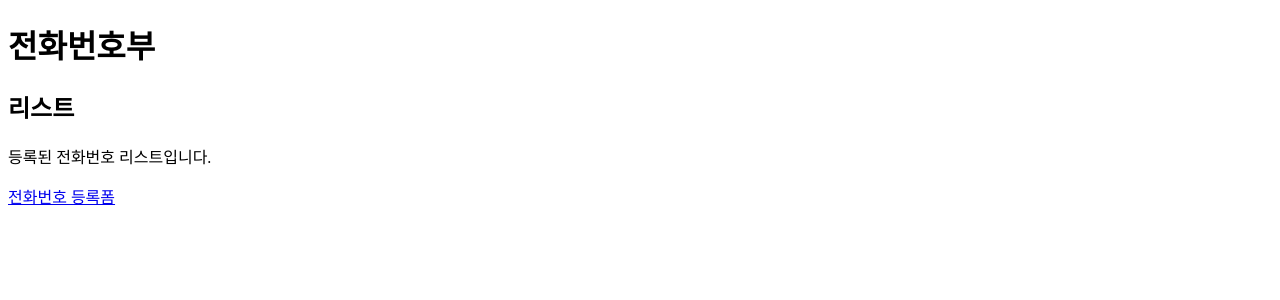
Repository: Kwonharu/workspace-web
Page: http://localhost/phonebook2/list.jsp
An editor plug-in stored every save of this project. The page is shown before and after the next save, followed by the edit.
The browser window is 1280 px wide. The pictures show the whole page.
The page is served by Tomcat 9. Other server files are loaded and not shown. Queries for data that is not in the repository find no rows.

Above is the page before, as saved 2023-09-05 02:51:08.

### phonebook2/WebContent/list.jsp
<%@ page language="java" contentType="text/html; charset=UTF-8"
    pageEncoding="UTF-8"%>
<%@ page import="com.javaex.dao.PersonDao" %>
<%@ page import="java.util.List" %>
<%@ page import="com.javaex.vo.PersonVo" %>

<%
	PersonDao personDao = new PersonDao();
	List<PersonVo> personList = personDao.personSelect("");

	System.out.println(personList);

%>

<!DOCTYPE html>
<html>
<head>
<meta charset="UTF-8">
<title>Insert title here</title>
</head>
<body>

	<h1>전화번호부</h1>
	<h2>리스트</h2>

	<p>등록된 전화번호 리스트입니다.</p>

	<!-- 반복문 시작 -->
	<%for(int i =0; i<personList.size();i++){%>
	<table border="1">
		<tr>
			<td>이름(name)</td><td><%=personList.get(i).getName()%></td>
		</tr>
		<tr>
			<td>핸드폰(hp)</td><td><%=personList.get(i).getHp()%></td>
		</tr>
		<tr>
			<td>회사(company)</td><td><%=personList.get(i).getCompany()%></td>
		</tr>
	</table>
	<br>
	<%} %>
	<!-- 반복문 끝 -->

	<a href="./writeForm.jsp">전화번호 등록폼</a>

</body>
</html>

### phonebook2/src/main/java/com/javaex/dao/PersonDao.java
package com.javaex.dao;

import java.sql.Connection;
import java.sql.DriverManager;
import java.sql.PreparedStatement;
import java.sql.ResultSet;
import java.sql.SQLException;
import java.util.ArrayList;
import java.util.List;

import com.javaex.vo.PersonVo;

public class PersonDao {

	// 필드
	// 0. import java.sql.*;
	private Connection conn = null;
	private PreparedStatement pstmt = null;
	private ResultSet rs = null;

	private String driver = "oracle.jdbc.driver.OracleDriver";
	private String url = "jdbc:oracle:thin:@localhost:1521:xe";
	private String id = "webdb";
	private String pw = "webdb";

	// 생성자
	public PersonDao() {
	}

	// 메소드 gs

	// 메소드 일반
	private void getConnect() {

		try {
			// 1. JDBC 드라이버 (Oracle) 로딩
			Class.forName(driver);

			// 2. Connection 얻어오기
			conn = DriverManager.getConnection(url, id, pw);

		} catch (ClassNotFoundException e) {
			System.out.println("error: 드라이버 로딩 실패 - " + e);
		} catch (SQLException e) {
			System.out.println("error:" + e);
		}

	}

	private void close() {
		// 5. 자원정리
		try {
			if (rs != null) {
				rs.close();
			}
			if (pstmt != null) {
				pstmt.close();
			}
			if (conn != null) {
				conn.close();
			}
		} catch (SQLException e) {
			System.out.println("error:" + e);
		}
	}

	// 사람등록
	public int personInsert(PersonVo personVo) { //Vo로 받았음
		int count = -1;

		this.getConnect();

		try {
			// 3. SQL문 준비 / 바인딩 / 실행
			// SQL문 준비
			String query = "";
			query += " insert into person ";
			query += " values(seq_person_id.nextval, ?, ?, ?) ";

			pstmt = conn.prepareStatement(query);

			// 바인딩 vo에서 값을 setter로 꺼낸다
			pstmt.setString(1, personVo.getName());
			pstmt.setString(2, personVo.getHp());
			pstmt.setString(3, personVo.getCompany());

			// 실행
			count = pstmt.executeUpdate();

			// 4.결과처리
			// System.out.println(count + "건 등록되었습니다.");

		} catch (SQLException e) {
			System.out.println("error:" + e);
		}

		this.close();

		return count;
	}

	// 사람삭제
	public int personDelete(int personId) {

		int count = -1;

		this.getConnect();

		try {
			// 3. SQL문 준비 / 바인딩 / 실행
			// SQL문 준비
			String query = "";
			query += " delete from person ";
			query += " where person_id = ? ";

			pstmt = conn.prepareStatement(query);

			// 바인딩
			pstmt.setInt(1, personId);

			// 실행
			count = pstmt.executeUpdate();

			// 4.결과처리
			// System.out.println(count + "건 등록되었습니다.");

		} catch (SQLException e) {
			System.out.println("error:" + e);
		}

		this.close();

		return count;

	}



	//수정
	public int personUpdate(PersonVo personVo) {

		int count = -1;

		this.getConnect();

		try {
			// 3. SQL문 준비 / 바인딩 / 실행
			// SQL문 준비
			String query = "";
			query += " update person ";
			query += " set name = ?, ";
			query += " 	   hp = ?, ";
			query += "     company = ? ";
			query += " where person_id = ? ";

			pstmt = conn.prepareStatement(query);

			// 바인딩
			pstmt.setString(1, personVo.getName());
			pstmt.setString(2, personVo.getHp());
			pstmt.setString(3, personVo.getCompany());
			pstmt.setInt(4,personVo.getPerson_id());

			// 실행
			count = pstmt.executeUpdate();

			// 4.결과처리
			// System.out.println(count + "건 등록되었습니다.");

		} catch (SQLException e) {
			System.out.println("error:" + e);
		}

		this.close();

		return count;

	}


	// 사람리스트  personSelect(String keyword) 로 통합
	/*
	public List<PersonVo> personSelect() {

		List<PersonVo> personList = new ArrayList<PersonVo>();

		this.getConnect();

		try {
			// 3. SQL문 준비 / 바인딩 / 실행
			// SQL문 준비
			String query = "";
			query += " select  person_id, ";
			query += "         name, ";
			query += "         hp, ";
			query += "         company ";
			query += " from person ";

			pstmt = conn.prepareStatement(query);

			// 바인딩

			// 실행
			rs = pstmt.executeQuery();

			// 4.결과처리
			while (rs.next()) {

				int personId = rs.getInt(1);
				String name = rs.getString(2);
				String hp = rs.getString(3);
				String company = rs.getString(4);

				PersonVo personVo = new PersonVo(personId, name, hp, company);

				personList.add(personVo);

			}

		} catch (SQLException e) {
			System.out.println("error:" + e);
		}

		this.close();

		return personList;

	}
	*/

	// 검색
	public List<PersonVo> personSelect(String keyword) {

		List<PersonVo> personList = new ArrayList<PersonVo>();

		this.getConnect();

		try {
			// 3. SQL문 준비 / 바인딩 / 실행
			// SQL문 준비
			String query = "";
			query += " select  person_id, ";
			query += "         name, ";
			query += "         hp, ";
			query += "         company ";
			query += " from person ";
			/**********************************************************************/
			if(!keyword.equals("")) { //keyword가 ""가 아니면 ==> keyword가 있으면 검색
				query += " where name like ? ";
			}

			pstmt = conn.prepareStatement(query);

			// 바인딩**********************************************************************
			if(!keyword.equals("")) { //keyword가 ""가 아니면 ==> keyword가 있으면 검색
				pstmt.setString(1, "%"+keyword+"%");
			}

			// 실행
			rs = pstmt.executeQuery();

			// 4.결과처리
			while (rs.next()) {

				int personId = rs.getInt(1);
				String name = rs.getString(2);
				String hp = rs.getString(3);
				String company = rs.getString(4);

				PersonVo personVo = new PersonVo(personId, name, hp, company);

				personList.add(personVo);

			}

		} catch (SQLException e) {
			System.out.println("error:" + e);
		}

		this.close();

		return personList;

	}
}

After the next save:
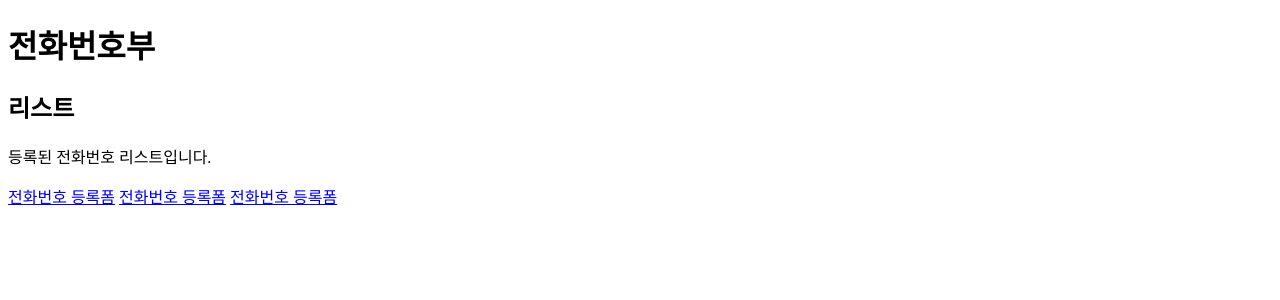
Saved 19 s later.
--- a/phonebook2/WebContent/list.jsp
+++ b/phonebook2/WebContent/list.jsp
@@ -43,6 +43,8 @@
 	<!-- 반복문 끝 -->
 
 	<a href="./writeForm.jsp">전화번호 등록폼</a>
+	<a href="/writeForm.jsp">전화번호 등록폼</a>
+	<a href="writeForm.jsp">전화번호 등록폼</a>
 
 </body>
 </html>
